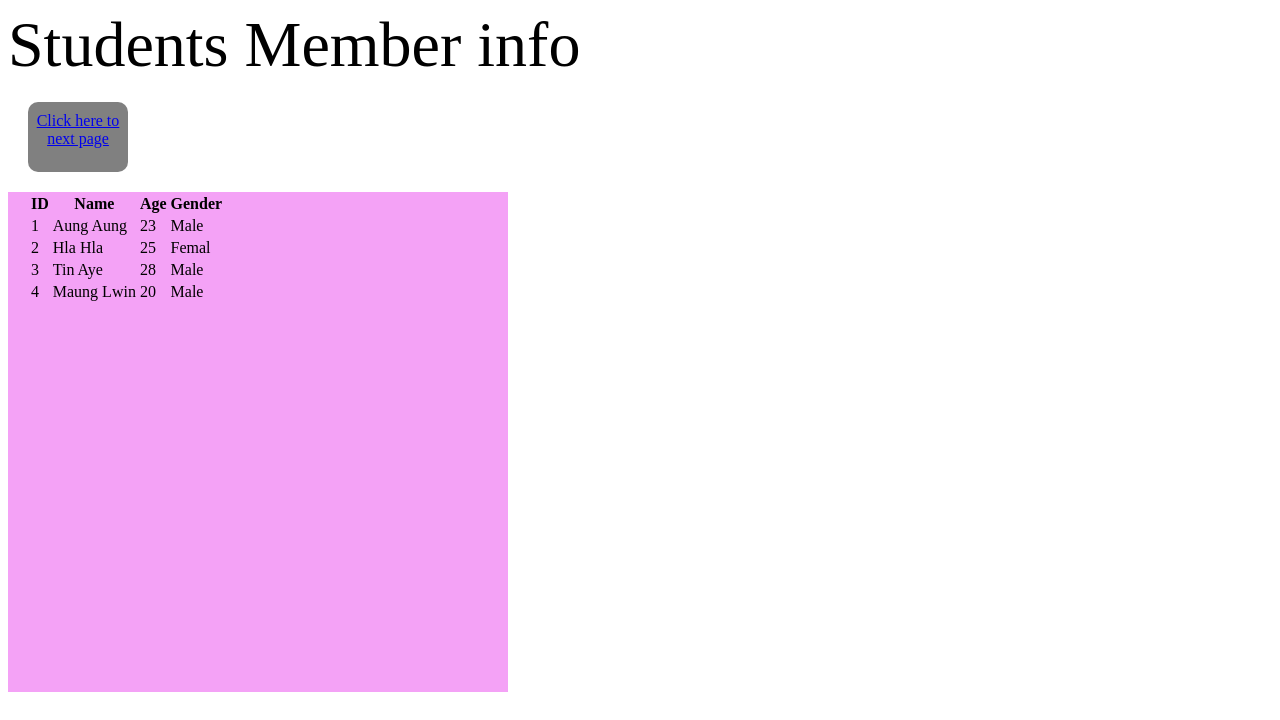
Repository: ThantLwinSoe/Servlet
Page: 01-Communication/src/main/webapp/index.html
The author's editor kept a copy of each file at every save. The page is drawn from the files as they stood at one save, then again after the next save.
The browser window is 1280 px wide. The pictures show the whole page.

Above is the page before, as saved 2023-02-07 02:48:43.

### 01-Communication/src/main/webapp/index.html
<!DOCTYPE html>
<html>
<head>
<meta charset="UTF-8">
<style>
h {
	font-size: 4em;
}
.d_link {

	margin: 20px;
	padding-top: 10px;
	width: 100px;
	height: 60px;
	border-radius: 10px;
	background: gray;
	text-align: center;
}
.st_info {
	margin-top: 20px;
	width: 500px;
	height: 500px;
	background: #F4A2F6;
}
.table_one {
	margin: 20px;
}
</style>
<title>Servlet Communication</title>
</head>
<body>
	<h>Students Member info</h>
	<div class="d_link">
		<a href="hello">Click here to next page</a>
	</div>
	<div class="st_info">
		<table class="table_one">
			<thead>
				<tr>
					<th>ID</th>
					<th>Name</th>
					<th>Age</th>
					<th>Gender</th>
				</tr>
			</thead>
			<tbody>
				<tr>
					<td>1</td>
					<td>Aung Aung</td>
					<td>23</td>
					<td>Male</td>
				</tr>
				<tr>
					<td>2</td>
					<td>Hla Hla</td>
					<td>25</td>
					<td>Femal</td>
				</tr>
				<tr>
					<td>3</td>
					<td>Tin Aye</td>
					<td>28</td>
					<td>Male</td>
				</tr>
				<tr>
					<td>4</td>
					<td>Maung Lwin</td>
					<td>20</td>
					<td>Male</td>
				</tr>
			</tbody>
		</table>
	</div>
</body>
</html>

After the next save:
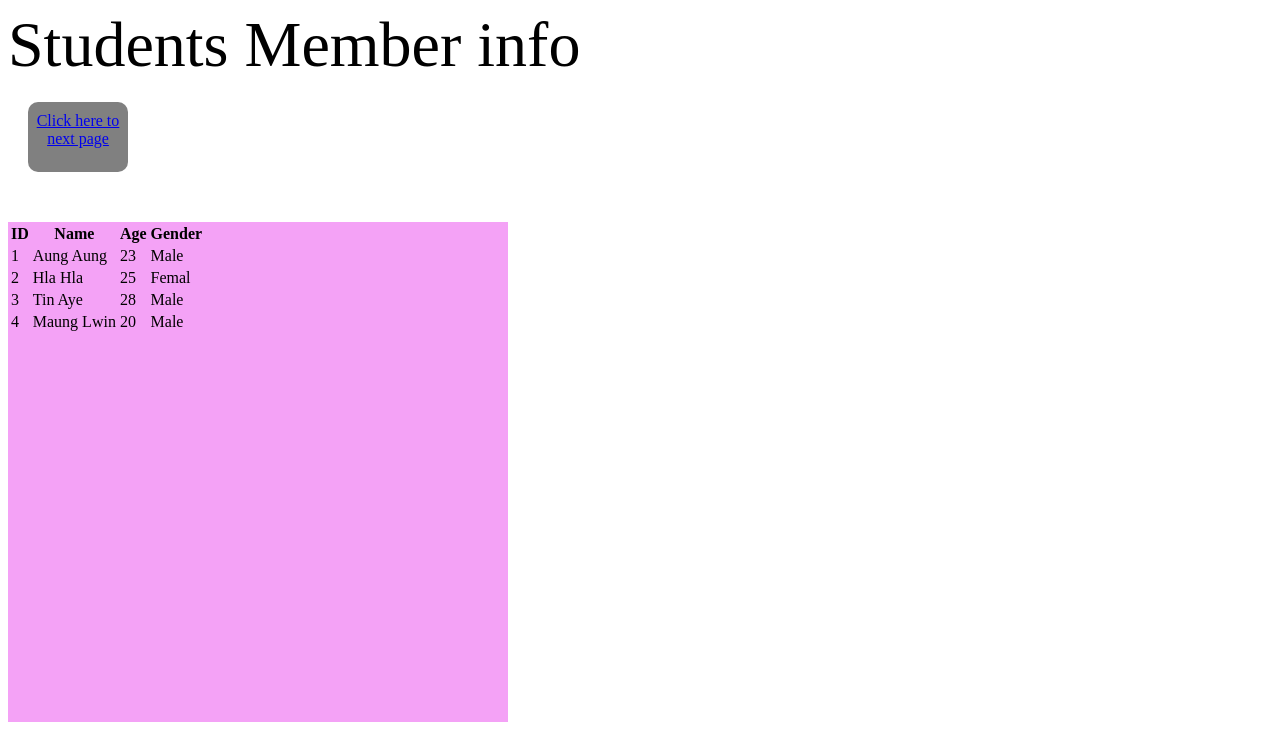
Saved 13 s later.
--- a/01-Communication/src/main/webapp/index.html
+++ b/01-Communication/src/main/webapp/index.html
@@ -23,7 +23,7 @@
 	background: #F4A2F6;
 }
 .table_one {
-	margin: 20px;
+	margin-top: 50px;
 }
 </style>
 <title>Servlet Communication</title>

After the save that followed:
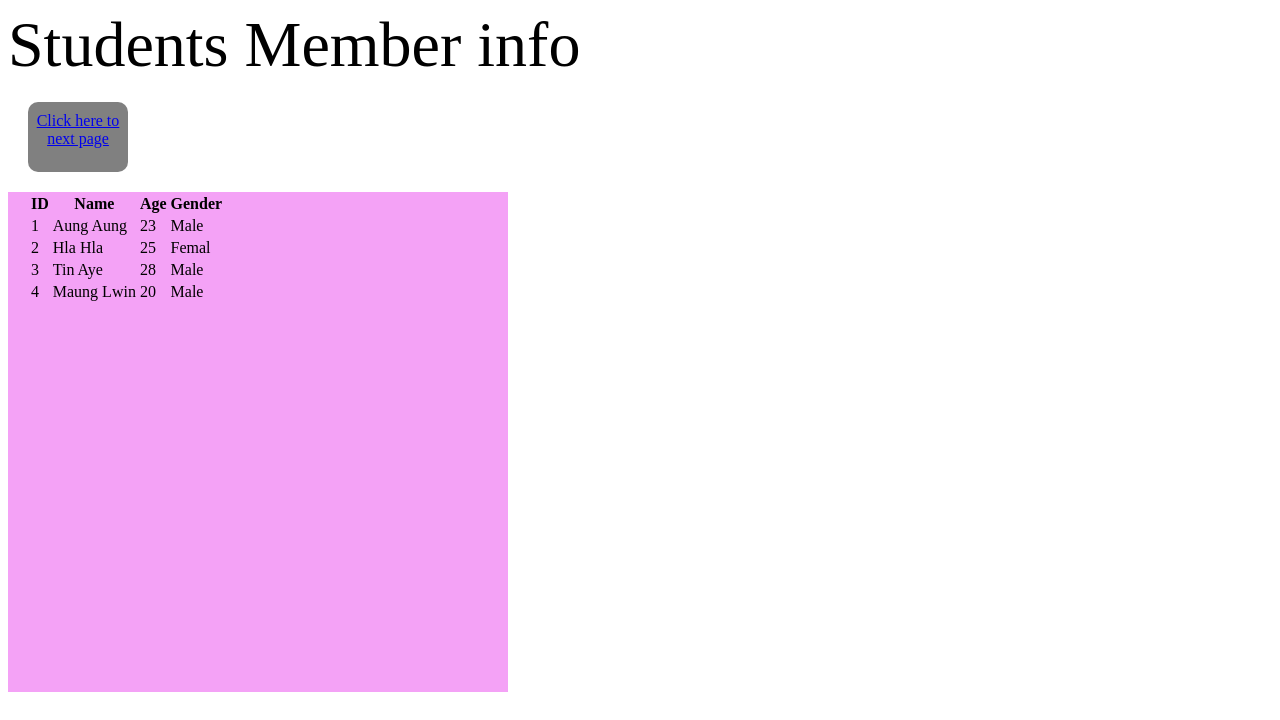
Saved 16 s later.
--- a/01-Communication/src/main/webapp/index.html
+++ b/01-Communication/src/main/webapp/index.html
@@ -23,7 +23,7 @@
 	background: #F4A2F6;
 }
 .table_one {
-	margin-top: 50px;
+	margin: 20px;
 }
 </style>
 <title>Servlet Communication</title>
